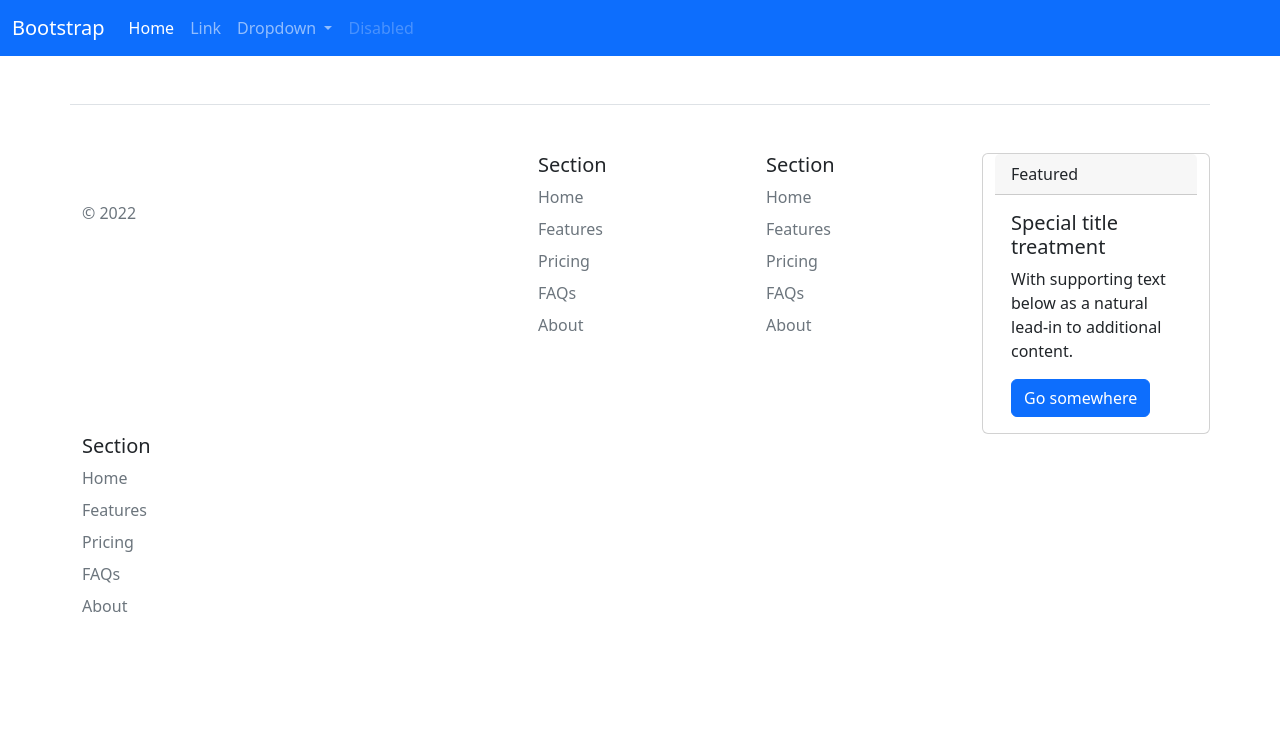
Repository: leosulzbach/Aula
Page: Bootstrap/bootstrap.html
An editor plug-in stored every save of this project. The page is shown before and after the next save, followed by the edit.
The browser window is 1280 px wide. The pictures show the whole page.

Above is the page before, as saved 2022-05-26 14:12:36.

### Bootstrap/bootstrap.html
<!DOCTYPE html>
<html lang="PT-BR">
<head>
    <meta charset="UTF-8">
    <meta http-equiv="X-UA-Compatible" content="IE=edge">
    <meta name="viewport" content="width=device-width, initial-scale=1.0">
    <link href="https://cdn.jsdelivr.net/npm/bootstrap@5.2.0-beta1/dist/css/bootstrap.min.css" rel="stylesheet" integrity="sha384-0evHe/X+R7YkIZDRvuzKMRqM+OrBnVFBL6DOitfPri4tjfHxaWutUpFmBp4vmVor" crossorigin="anonymous">
    <script src="https://cdn.jsdelivr.net/npm/bootstrap@5.2.0-beta1/dist/js/bootstrap.bundle.min.js" integrity="sha384-pprn3073KE6tl6bjs2QrFaJGz5/SUsLqktiwsUTF55Jfv3qYSDhgCecCxMW52nD2" crossorigin="anonymous"></script>
    <title>Bootstrap</title>
</head>
<body>
    <nav class="navbar navbar-expand-lg navbar-dark bg-primary">
        <div class="container-fluid">
          <a class="navbar-brand" href="#">Bootstrap</a>

          <button class="navbar-toggler" type="button" data-bs-toggle="collapse" data-bs-target="#navbarSupportedContent" aria-controls="navbarSupportedContent" aria-expanded="false" aria-label="Toggle navigation">
            <span class="navbar-toggler-icon"></span>
          </button>

          <div class="collapse navbar-collapse" id="navbarSupportedContent">
            <ul class="navbar-nav me-auto mb-2 mb-lg-0">
              <li class="nav-item">
                <a class="nav-link active" aria-current="page" href="#">Home</a>
              </li>
              <li class="nav-item">
                <a class="nav-link" href="#">Link</a>
              </li>

              <li class="nav-item dropdown">
                <a class="nav-link dropdown-toggle" href="#" id="navbarDropdown" role="button" data-bs-toggle="dropdown" aria-expanded="false">
                  Dropdown
                </a>
                <ul class="dropdown-menu" aria-labelledby="navbarDropdown">
                  <li><a class="dropdown-item" href="#">Action</a></li>
                  <li><a class="dropdown-item" href="#">Another action</a></li>
                  <li><hr class="dropdown-divider"></li>
                  <li><a class="dropdown-item" href="#">Something else here</a></li>
                </ul>
              </li>
              <li class="nav-item">
                <a class="nav-link disabled">Disabled</a>
              </li>
            </ul>

          </div>
        </div>
      </nav>


      <div class="container">
        <footer class="row row-cols-1 row-cols-sm-2 row-cols-md-5 py-5 my-5 border-top">
          <div class="col mb-3">
            <a href="/" class="d-flex align-items-center mb-3 link-dark text-decoration-none">
              <svg class="bi me-2" width="40" height="32"><use xlink:href="#bootstrap"></use></svg>
            </a>
            <p class="text-muted">© 2022</p>
          </div>

          <div class="col mb-3">

          </div>

          <div class="col mb-3">
            <h5>Section</h5>
            <ul class="nav flex-column">
              <li class="nav-item mb-2"><a href="#" class="nav-link p-0 text-muted">Home</a></li>
              <li class="nav-item mb-2"><a href="#" class="nav-link p-0 text-muted">Features</a></li>
              <li class="nav-item mb-2"><a href="#" class="nav-link p-0 text-muted">Pricing</a></li>
              <li class="nav-item mb-2"><a href="#" class="nav-link p-0 text-muted">FAQs</a></li>
              <li class="nav-item mb-2"><a href="#" class="nav-link p-0 text-muted">About</a></li>
            </ul>
          </div>

          <div class="col mb-3">
            <h5>Section</h5>
            <ul class="nav flex-column">
              <li class="nav-item mb-2"><a href="#" class="nav-link p-0 text-muted">Home</a></li>
              <li class="nav-item mb-2"><a href="#" class="nav-link p-0 text-muted">Features</a></li>
              <li class="nav-item mb-2"><a href="#" class="nav-link p-0 text-muted">Pricing</a></li>
              <li class="nav-item mb-2"><a href="#" class="nav-link p-0 text-muted">FAQs</a></li>
              <li class="nav-item mb-2"><a href="#" class="nav-link p-0 text-muted">About</a></li>
            </ul>
          </div>

          <div class="card">
            <div class="card-header">
              Featured
            </div>
            <div class="card-body">
              <h5 class="card-title">Special title treatment</h5>
              <p class="card-text">With supporting text below as a natural lead-in to additional content.</p>
              <a href="#" class="btn btn-primary">Go somewhere</a>
            </div>
          </div>

          <div class="col mb-3">
            <h5>Section</h5>
            <ul class="nav flex-column">
              <li class="nav-item mb-2"><a href="#" class="nav-link p-0 text-muted">Home</a></li>
              <li class="nav-item mb-2"><a href="#" class="nav-link p-0 text-muted">Features</a></li>
              <li class="nav-item mb-2"><a href="#" class="nav-link p-0 text-muted">Pricing</a></li>
              <li class="nav-item mb-2"><a href="#" class="nav-link p-0 text-muted">FAQs</a></li>
              <li class="nav-item mb-2"><a href="#" class="nav-link p-0 text-muted">About</a></li>
            </ul>
          </div>
        </footer>
      </div>
</body>
</html>

After the next save:
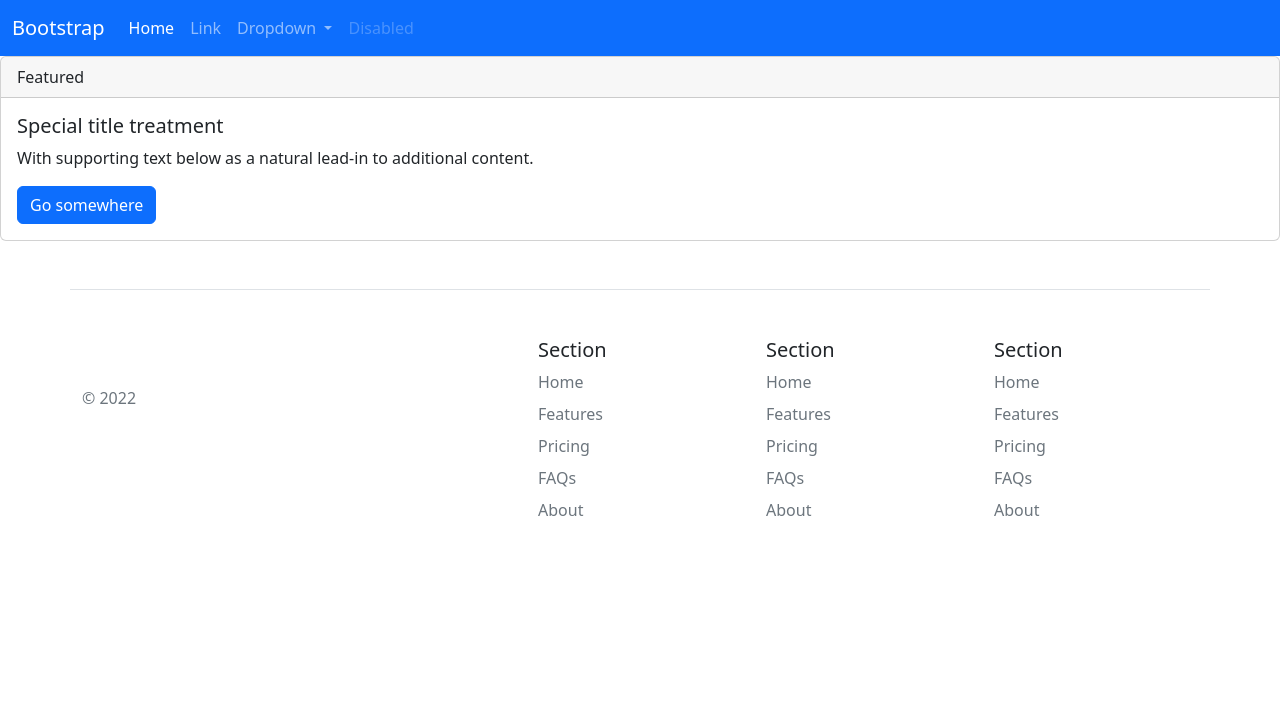
Saved 19 s later.
--- a/Bootstrap/bootstrap.html
+++ b/Bootstrap/bootstrap.html
@@ -46,6 +46,16 @@
         </div>
       </nav>
 
+      <div class="card">
+        <div class="card-header">
+          Featured
+        </div>
+        <div class="card-body">
+          <h5 class="card-title">Special title treatment</h5>
+          <p class="card-text">With supporting text below as a natural lead-in to additional content.</p>
+          <a href="#" class="btn btn-primary">Go somewhere</a>
+        </div>
+      </div>
 
       <div class="container">
         <footer class="row row-cols-1 row-cols-sm-2 row-cols-md-5 py-5 my-5 border-top">
@@ -82,16 +92,6 @@
             </ul>
           </div>
 
-          <div class="card">
-            <div class="card-header">
-              Featured
-            </div>
-            <div class="card-body">
-              <h5 class="card-title">Special title treatment</h5>
-              <p class="card-text">With supporting text below as a natural lead-in to additional content.</p>
-              <a href="#" class="btn btn-primary">Go somewhere</a>
-            </div>
-          </div>
 
           <div class="col mb-3">
             <h5>Section</h5>
